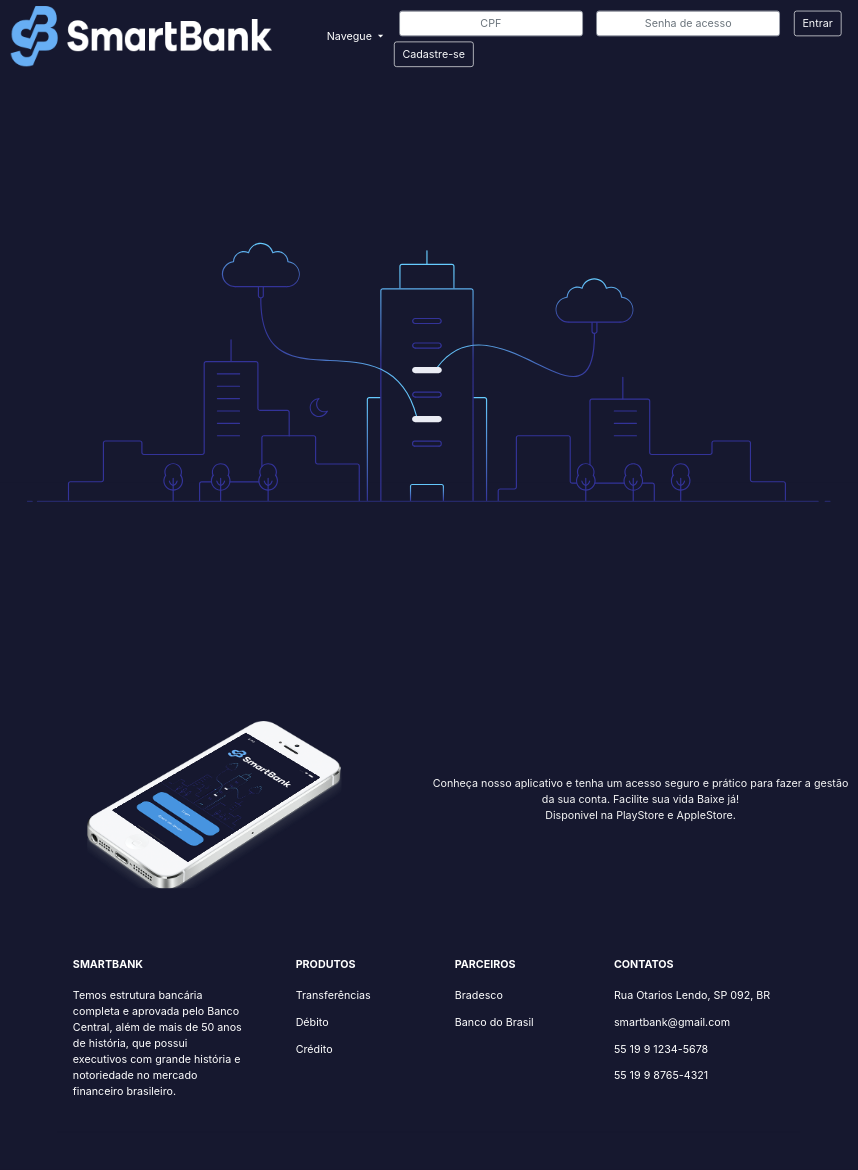
Repository: davitolentino/Mini-Projeto-SmartBank
Page: http://localhost/SmartBank/home.jsp
The author's editor kept a copy of each file at every save. The page is drawn from the files as they stood at one save, then again after a run of saves.
The browser window is 1280 px wide. The pictures show the whole page, at 67% of full size.
The page is served by Tomcat 9.

Above is the page before, as saved 2020-03-04 13:29:54.

After the next 2 saves:
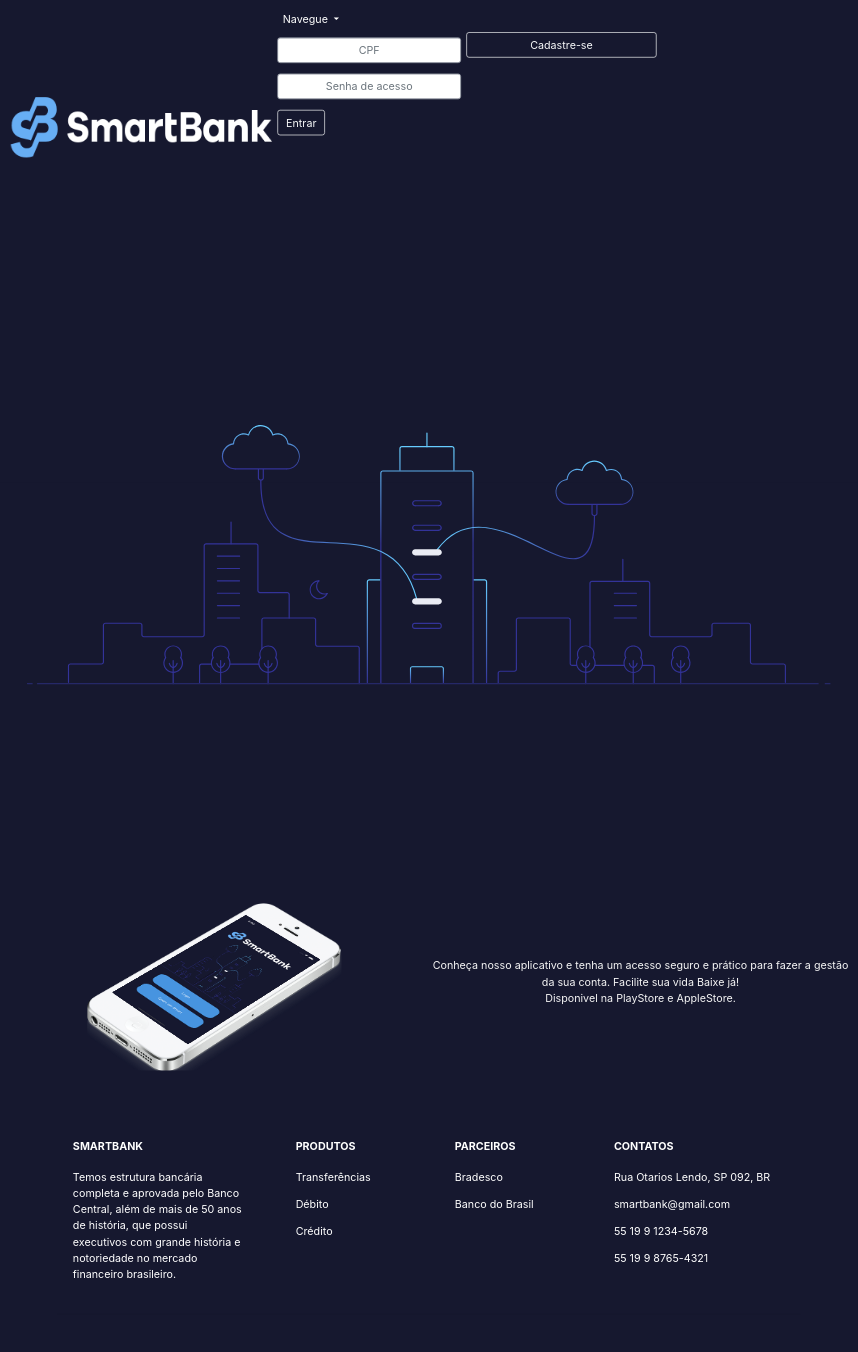
The 2 saves are shown as one change because they came seconds apart.
The last was saved 42 s later.
--- a/frontend/SmartBank/WebContent/home.jsp
+++ b/frontend/SmartBank/WebContent/home.jsp
@@ -62,6 +62,12 @@
 .celular:hover .screen.screen1 {
 	transform: translateY(0px);
 	opacity: .2;
+}
+
+#particionar{
+	display:grid;
+	grid-template-columns: 1fr 1fr 1fr;
+	grid-template-rows: 1fr 1fr;
 }
 </style>
 </head>

After the save that followed:
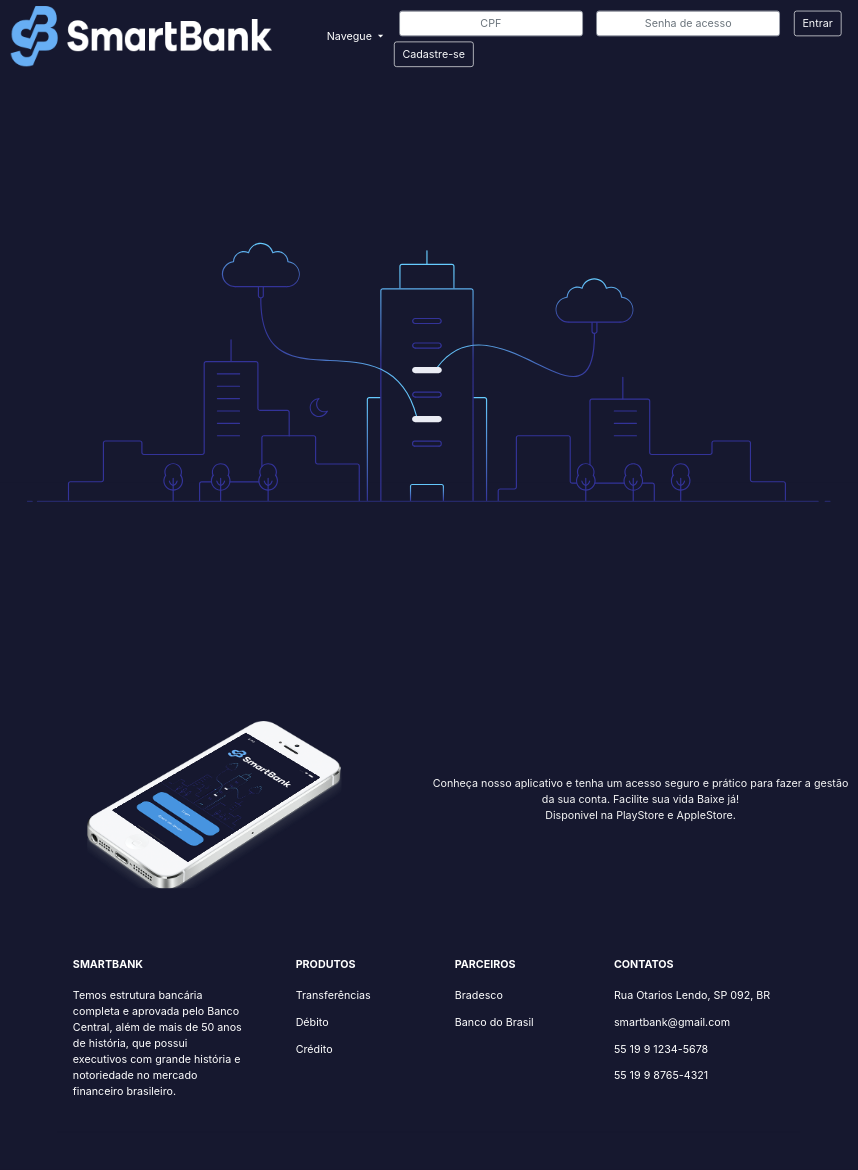
Saved 26 s later.
--- a/frontend/SmartBank/WebContent/home.jsp
+++ b/frontend/SmartBank/WebContent/home.jsp
@@ -62,12 +62,6 @@
 .celular:hover .screen.screen1 {
 	transform: translateY(0px);
 	opacity: .2;
-}
-
-#particionar{
-	display:grid;
-	grid-template-columns: 1fr 1fr 1fr;
-	grid-template-rows: 1fr 1fr;
 }
 </style>
 </head>
